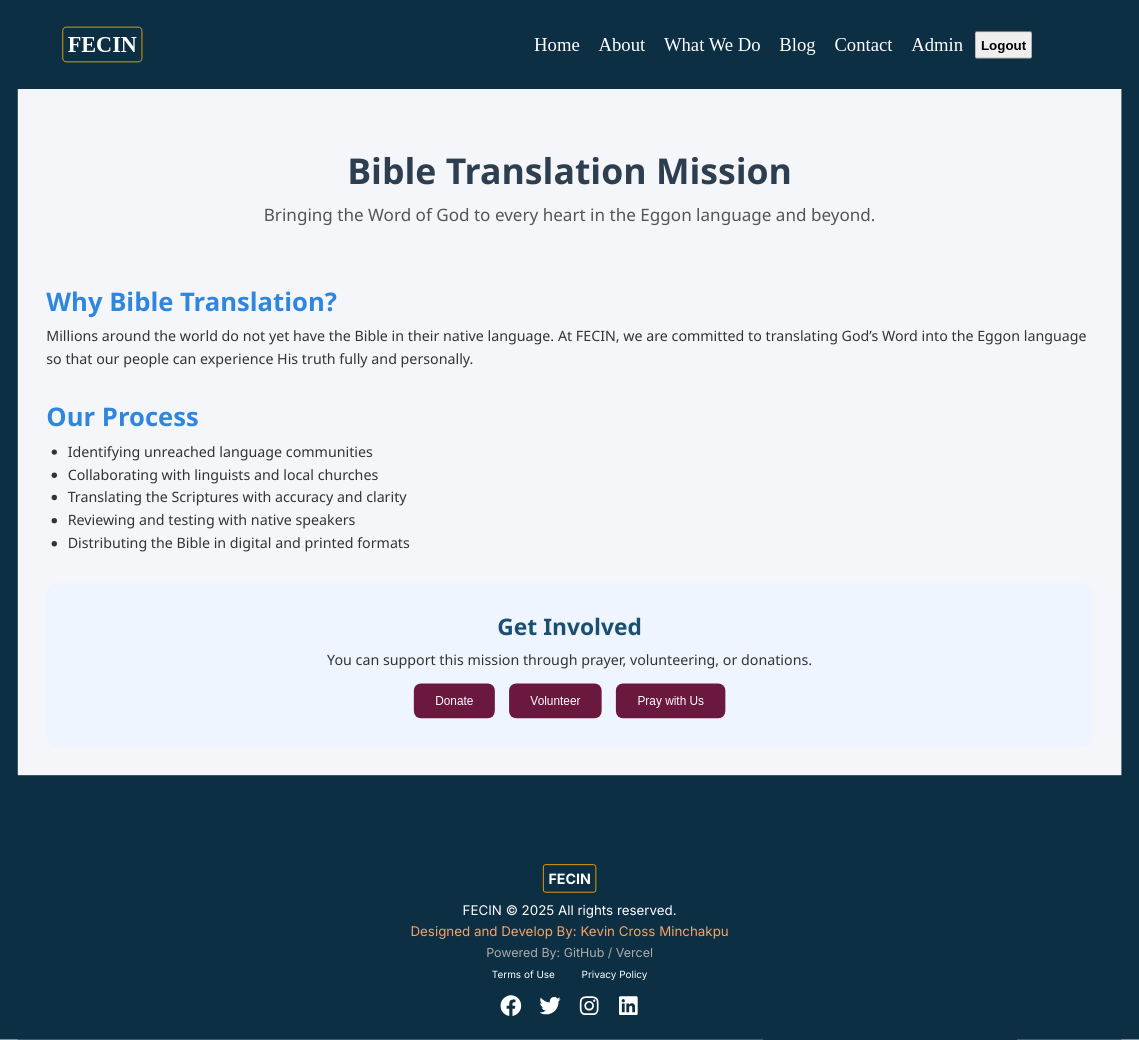
Repository: KCMinchakpu/fecin-projectgs497
Page: /bible-translation
An editor plug-in stored every save of this project. The page is shown before and after the next save, followed by the edit.
The browser window is 1280 px wide. The pictures show the whole page, at 89% of full size.
The project was rebuilt for these pictures with package versions that can differ from the ones it lists, and the page was loaded fresh each time. The framework's server and built-in components were replaced by stand-ins that run in the browser. Also part of the build but not shown: next.config.mjs.

Above is the page before, as saved 2025-04-06 13:52:50.

After the next save:
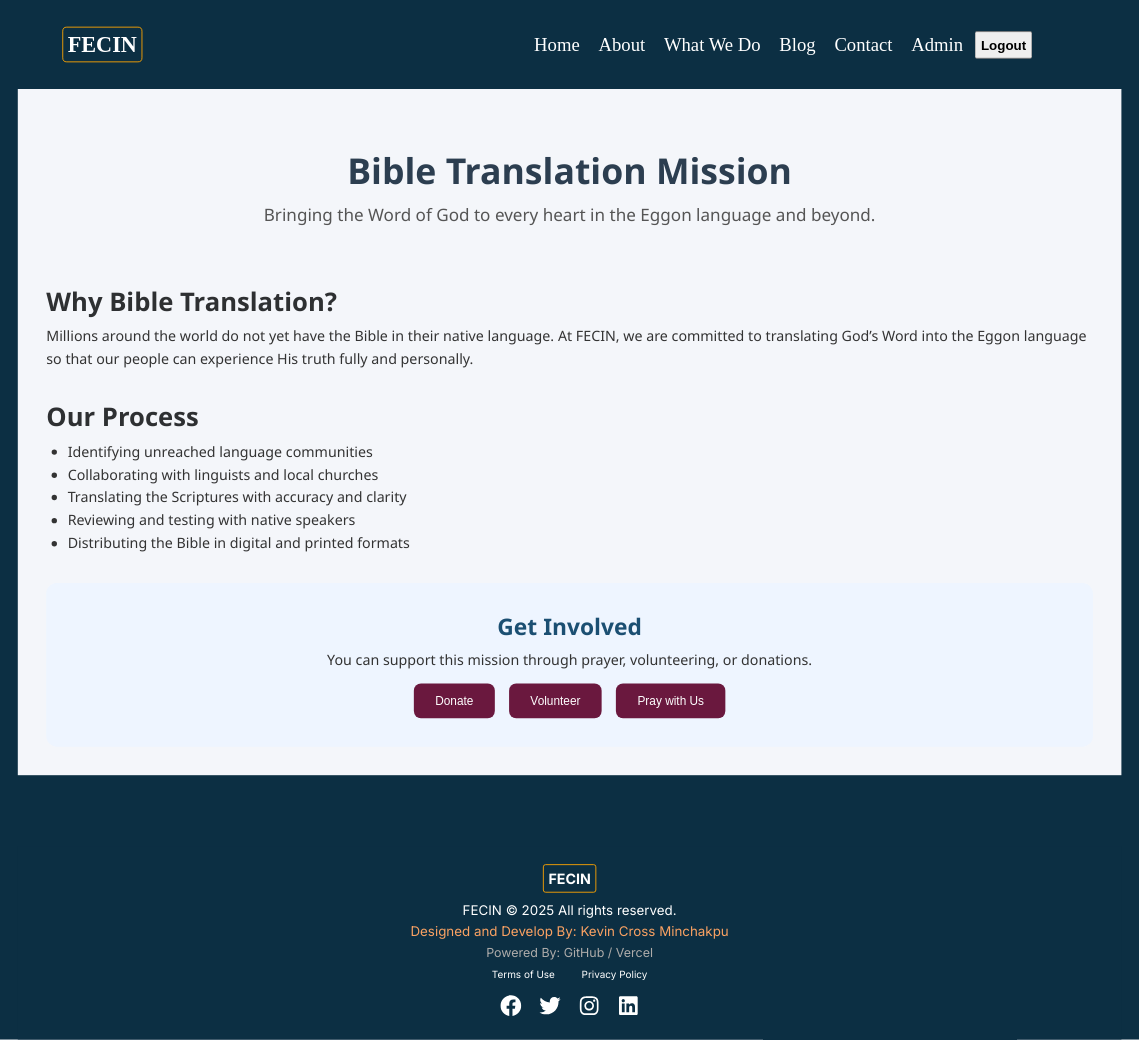
Saved 53 s later.
--- a/src/app/bible-translation/BibleTranslation.module.css
+++ b/src/app/bible-translation/BibleTranslation.module.css
@@ -30,7 +30,7 @@
 
   .content h2 {
     font-size: 1.8rem;
-    color: #2e86de;
+    color: #2e3032;
     margin-bottom: 0.5rem;
   }
 
